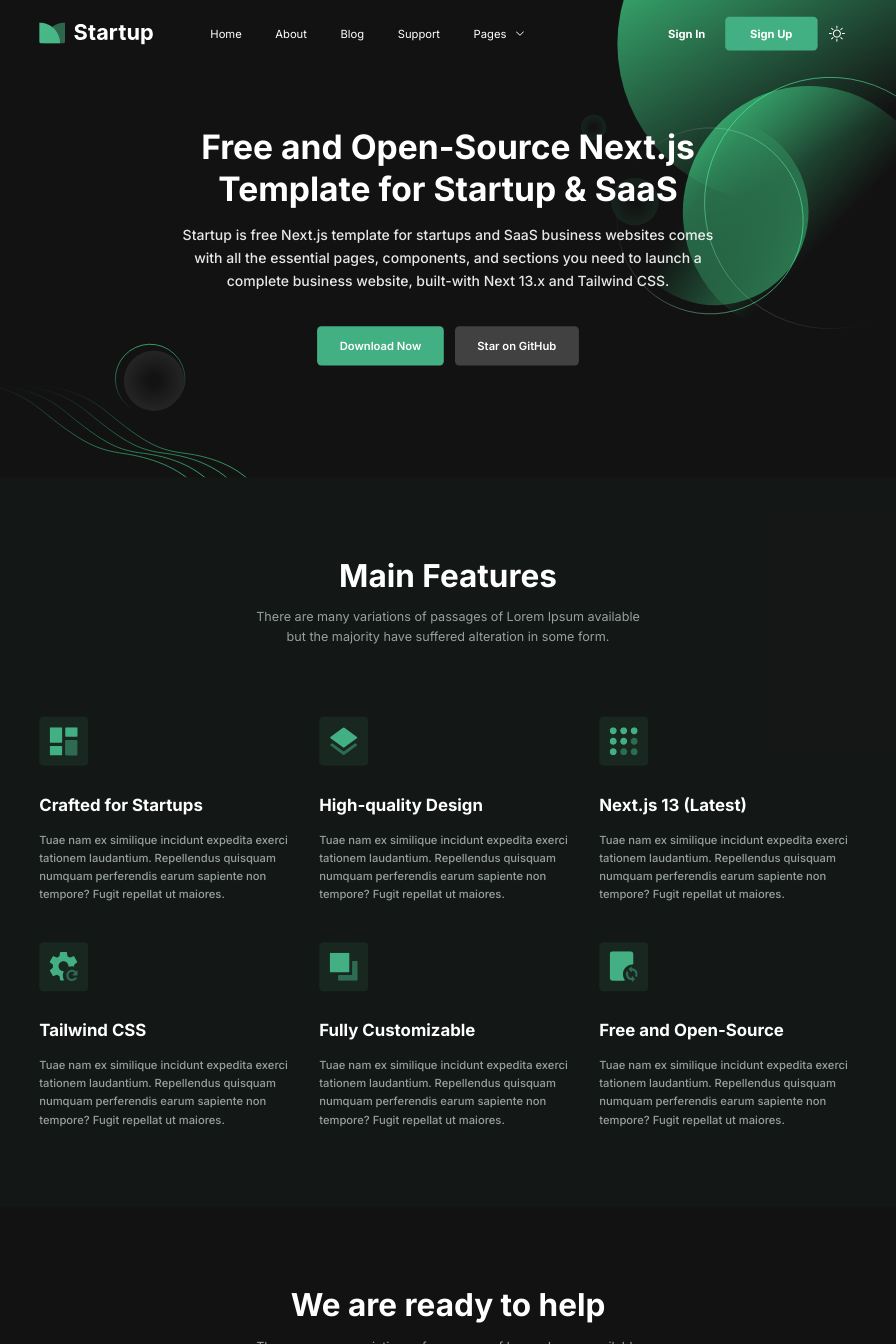
Repository: mosesvk/_startupPoly
Page: /
The author's editor kept a copy of each file at every save. The page is drawn from the files as they stood at one save, then again after the next save.
The browser window is 1280 px wide. The pictures show the part of the page from y = 0 to 1920 px (the page is 8299 px tall before and 8239 px after), at 70% of full size.
The project was rebuilt for these pictures with package versions that can differ from the ones it lists, and the page was loaded fresh each time. The framework's server and built-in components were replaced by stand-ins that run in the browser. Also part of the build but not shown: next.config.js.

Above is the page before, as saved 2023-08-23 13:44:01.

After the next save:
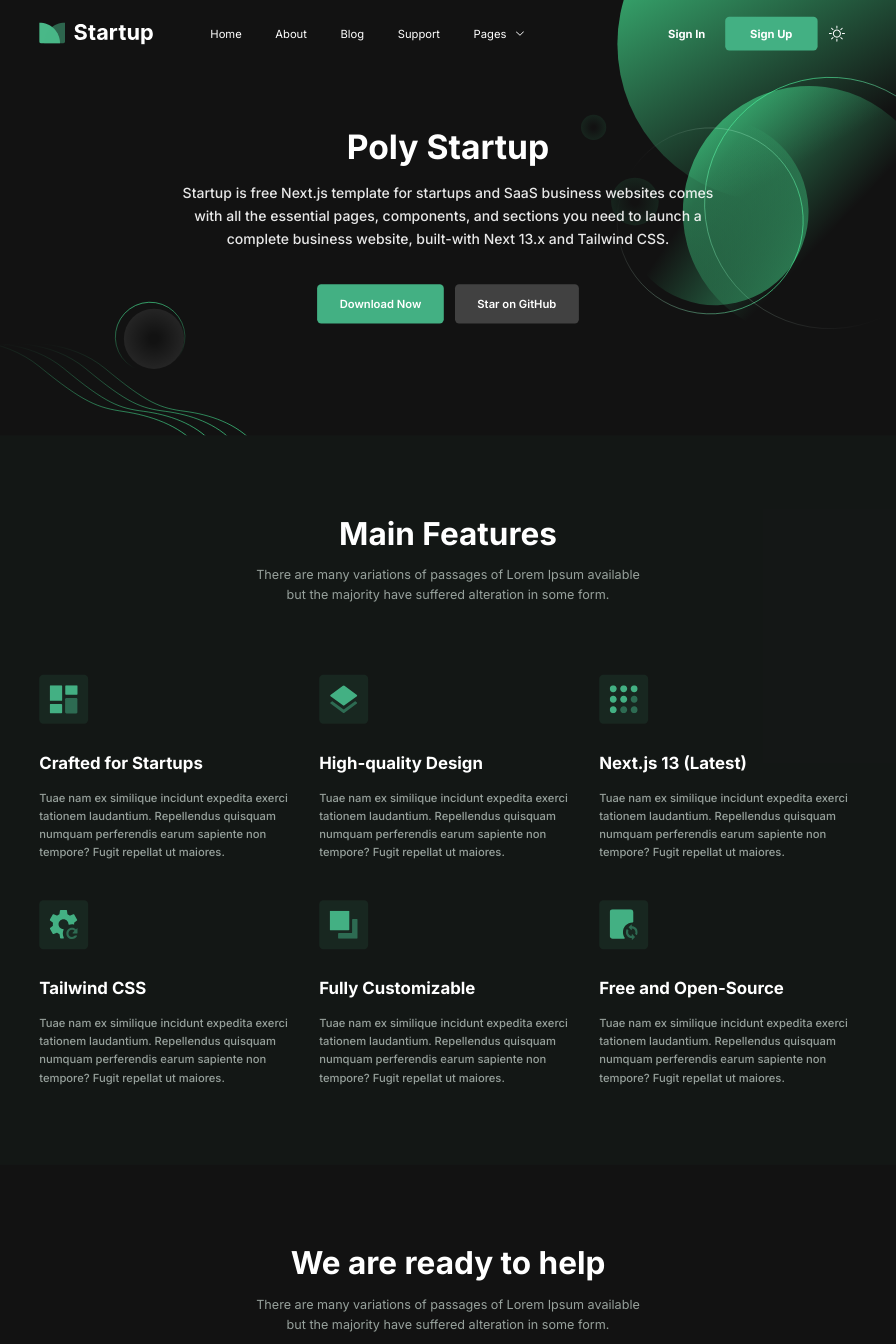
Saved 3 min 24 s later.
--- a/components/Hero/index.tsx
+++ b/components/Hero/index.tsx
@@ -15,7 +15,7 @@
                 data-wow-delay=".2s"
               >
                 <h1 className="mb-5 text-3xl font-bold leading-tight text-black dark:text-white sm:text-4xl sm:leading-tight md:text-5xl md:leading-tight">
-                Free and Open-Source Next.js Template for Startup & SaaS
+                  Poly Startup
                 </h1>
                 <p className="mb-12 text-base font-medium !leading-relaxed text-body-color dark:text-white dark:opacity-90 sm:text-lg md:text-xl">
                 Startup is free Next.js template for startups and SaaS business websites comes with all the essential pages, components, and sections you need to launch a complete business website, built-with Next 13.x and Tailwind CSS.
